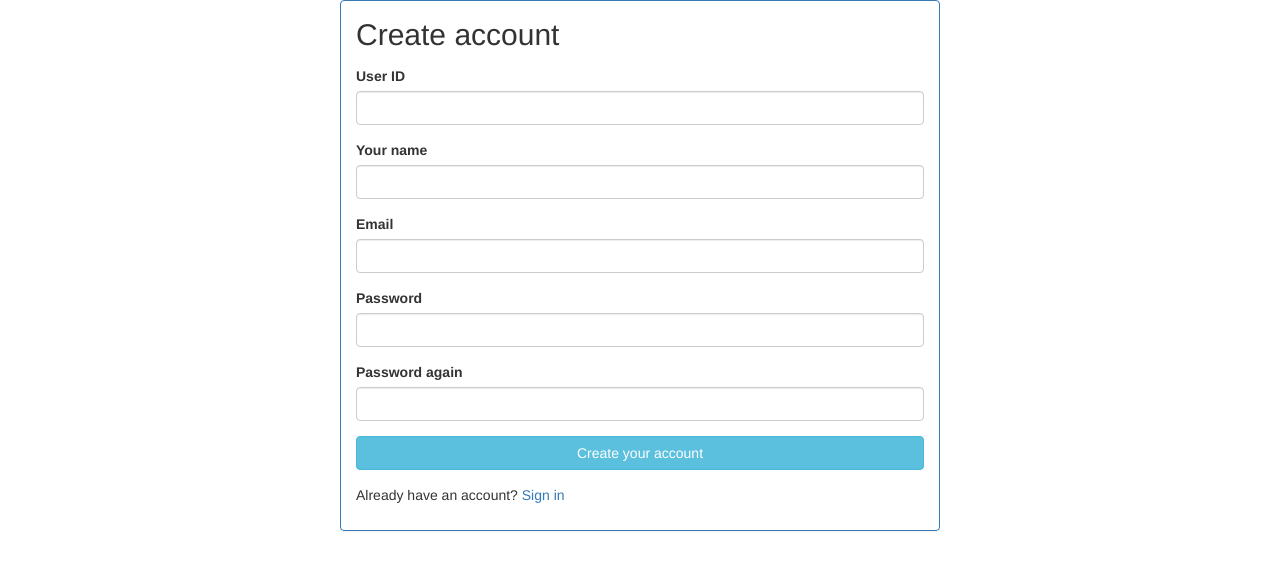
Repository: vishnujayabalan/MobileShopping
Page: http://localhost/frontend/WEB-INF/view/Register.jsp
These files come from the project's save history. The page is drawn as it stood at one moment and after the next save; the edit follows.
The browser window is 1280 px wide. The pictures show the whole page.
Some web libraries are served in a nearby version. The page is served by Tomcat 9. Nobody is signed in. Other server files are loaded and not shown. The template is opened directly, without the code that normally fills it, so the values that code supplies are empty.

Above is the page before, as saved 2017-04-03 09:19:23.

### frontend/src/main/webapp/WEB-INF/view/Register.jsp
<%@ page language="java" contentType="text/html; charset=ISO-8859-1"
    pageEncoding="ISO-8859-1"%>
<!DOCTYPE html PUBLIC "-//W3C//DTD HTML 4.01 Transitional//EN" "http://www.w3.org/TR/html4/loose.dtd">
<html>
<head>
<%@ taglib uri="http://java.sun.com/jsp/jstl/core" prefix="c"%>
<meta http-equiv="Content-Type" content="text/html; charset=ISO-8859-1">
<meta name="viewport" content="width=device-width, initial-scale=1">
  <link rel="stylesheet" href="https://maxcdn.bootstrapcdn.com/bootstrap/3.3.7/css/bootstrap.min.css">
  <script src="https://ajax.googleapis.com/ajax/libs/jquery/3.1.1/jquery.min.js"></script>
  <script src="https://maxcdn.bootstrapcdn.com/bootstrap/3.3.7/js/bootstrap.min.js"></script>
<title>register</title>
</head>
<style>


h2 {
  margin-top: 2px;
  margin-bottom: 2px;
}

.container { max-width: 600px; }

.divider {
  text-align: center;
  margin-top: 20px;
  margin-bottom: 5px;
}
.divider hr {
 margin: 7px 0px;
  width: 35%;

}
.left { float: left; }

.right { float: right; }

<c:if test="${!empty register }">
					<div id="login-alert"
						class="alert alert-success col-sm-12">

							${msg}

					</div>
					</c:if>

</style>
<body>

    <div class="container">
		<div class="row">
			<div class="panel panel-primary">
				<div class="panel-body">
					<form method="POST" action="create_register" method="get">
						<div class="form-group">
							<h2>Create account</h2>
						</div>
						<div class="form-group">
							<label class="control-label" for="id">User ID</label>
							<input name="userid" type="text" maxlength="20" class="form-control">
						</div>
						<div class="form-group">
							<label class="control-label" for="signupName">Your name</label>
							<input name="name" type="text" maxlength="50" class="form-control">
						</div>
						<div class="form-group">
							<label class="control-label" for="signupEmailagain">Email </label>
							<input name="email" type="email" maxlength="50" class="form-control">
						</div>
						<div class="form-group">
							<label class="control-label" for="signupPassword">Password</label>
							<input name="pwd" type="password" maxlength="25" class="form-control"  length="40">
						</div>
						<div class="form-group">
							<label class="control-label" for="signupPasswordagain">Password again</label>
							<input name="cpwd" type="password" maxlength="25" class="form-control">
						</div>
						<div class="form-group">
							<button id="signupSubmit" type="submit" class="btn btn-info btn-block">Create your account</button>
						</div>
						<p></p>Already have an account? <a href="clicklog">Sign in</a></p>
					</form>
				</div>
			</div>
		</div>
	</div>
</body>
</html>

After the next save:
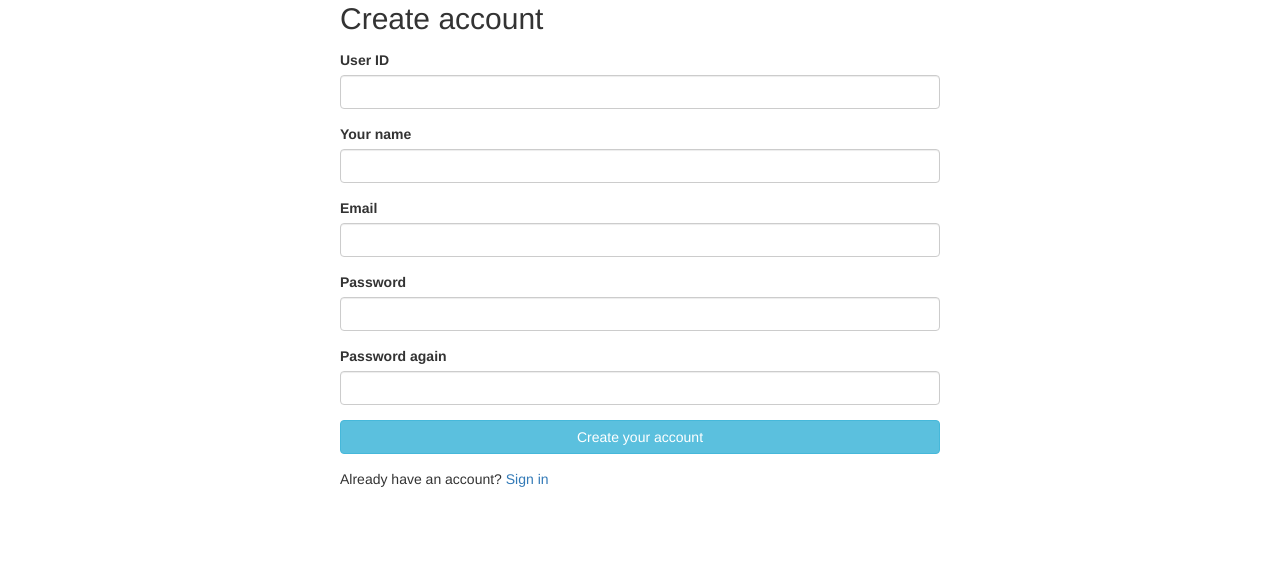
Saved 25 s later.
--- a/frontend/src/main/webapp/WEB-INF/view/Register.jsp
+++ b/frontend/src/main/webapp/WEB-INF/view/Register.jsp
@@ -49,8 +49,7 @@ h2 {
 
     <div class="container">
 		<div class="row">
-			<div class="panel panel-primary">
-				<div class="panel-body">
+
 					<form method="POST" action="create_register" method="get">
 						<div class="form-group">
 							<h2>Create account</h2>
